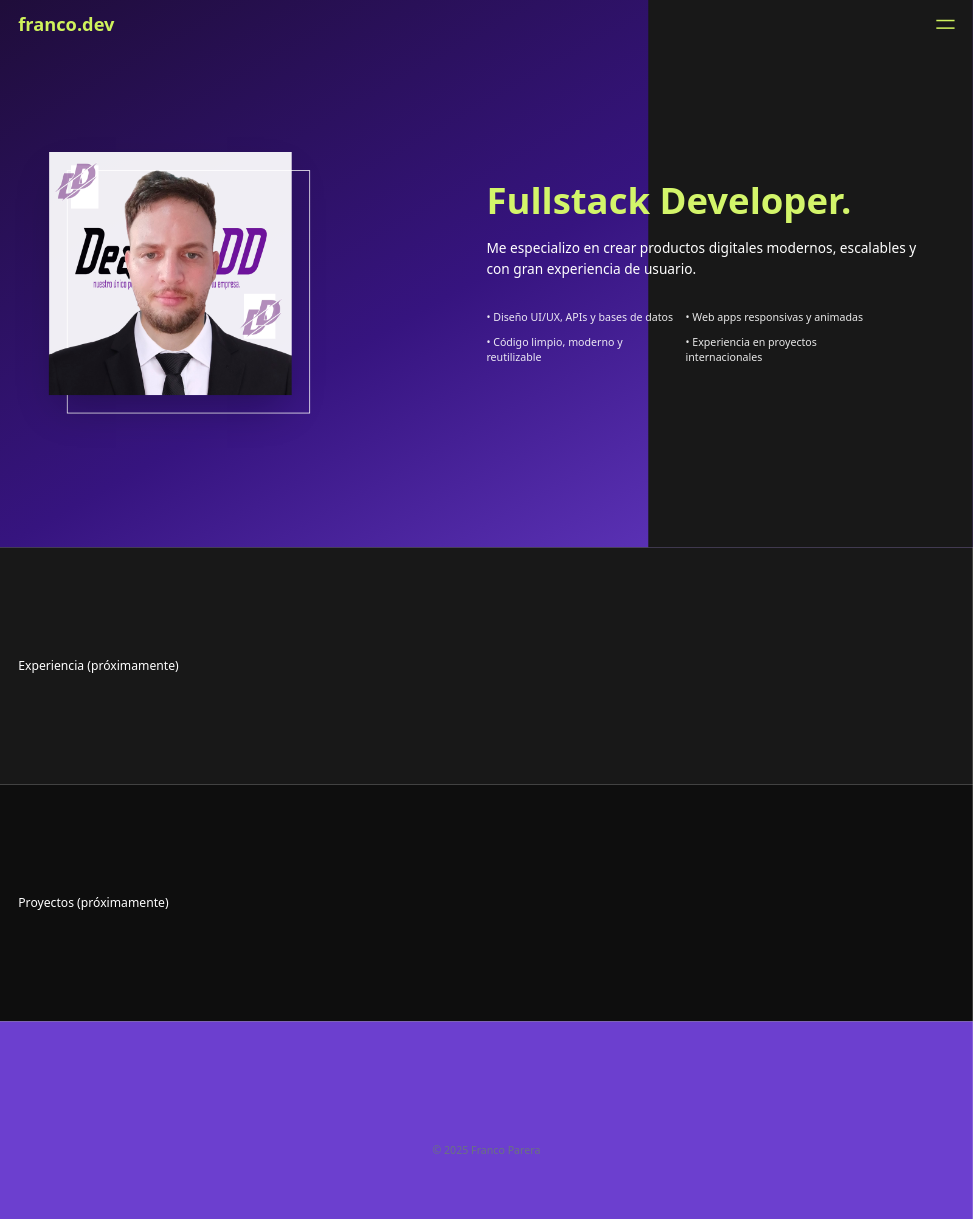
Repository: francoluca35/portfolio-franco-dev
Page: /
An editor plug-in stored every save of this project. The page is shown before and after the next save, followed by the edit.
The browser window is 1280 px wide. The pictures show the whole page, at 76% of full size.
The project was rebuilt for these pictures with package versions that can differ from the ones it lists, and the page was loaded fresh each time. The framework's server and built-in components were replaced by stand-ins that run in the browser. Also part of the build but not shown: next.config.js.

Above is the page before, as saved 2025-05-06 01:35:39.

### app/layout.jsx
import Nav from "../components/Nav";
import "../styles/globals.css";

export const metadata = {
  title: "Franco Parera | Desarrollador Web Fullstack",
  description:
    "Portfolio de Franco Parera, desarrollador web especializado en React, Next.js y soluciones escalables.",
  keywords:
    "desarrollador web, portfolio, frontend, backend, next.js, react, diseño web, SEO, Buenos Aires",
  authors: [{ name: "Franco Parera" }],
  creator: "Franco Parera",
  openGraph: {
    title: "Franco Parera | Desarrollador Web",
    description:
      "Conocé mis proyectos como desarrollador web fullstack. Diseño moderno, rendimiento y SEO.",
    url: "https://tusitio.com",
    siteName: "Franco Parera | Portfolio",
    images: [
      {
        url: "https://tusitio.com/og-image.jpg",
        width: 1200,
        height: 630,
        alt: "Imagen portfolio Franco",
      },
    ],
    locale: "es_AR",
    type: "website",
  },
  twitter: {
    card: "summary_large_image",
    title: "Franco Parera | Desarrollador Web",
    description:
      "Portfolio profesional de Franco Parera con proyectos reales, experiencia y habilidades técnicas.",
    images: ["https://tusitio.com/og-image.jpg"],
  },
};

export default function RootLayout({ children }) {
  return (
    <html lang="es">
      <head>
        <meta name="viewport" content="width=device-width, initial-scale=1" />
        <link rel="icon" href="/favicon.ico" />
      </head>
      <body className="antialiased scroll-smooth">
        <Nav />
        <div className="pt-20">{children}</div>{" "}
      </body>
    </html>
  );
}

### app/page.jsx
import Hero from "../components/Hero";
import Experience from "../components/Experience";
import Projects from "../components/Projects";
import Footer from "../components/Footer";

export default function HomePage() {
  return (
    <main>
      <section id="inicio">
        <Hero />
      </section>

      <section id="experiencia" className="bg-[#181818] text-white py-20 px-6">
        <Experience />
      </section>

      <section id="proyectos" className="bg-[#0E0E0E] text-white py-20 px-6">
        <Projects />
      </section>

      <section id="contacto" className="bg-[#6C3FCF] text-white py-20 px-6">
        <Footer />
      </section>
    </main>
  );
}

### components/Nav.jsx
"use client";

import { useState, useEffect } from "react";
import Link from "next/link";
import { motion, AnimatePresence } from "framer-motion";

export default function Nav() {
  const [isOpen, setIsOpen] = useState(false);
  const [scrolled, setScrolled] = useState(false);

  useEffect(() => {
    const handleScroll = () => {
      setScrolled(window.scrollY > 10);
    };
    window.addEventListener("scroll", handleScroll);
    return () => window.removeEventListener("scroll", handleScroll);
  }, []);

  return (
    <>
      {/* Navbar superior */}
      <nav
        className={`fixed w-full px-6 py-4 flex justify-between items-center z-50 transition-colors duration-300 ${
          scrolled ? "bg-[#570c6c4b] shadow-lg" : "bg-transparent"
        }`}
      >
        <h1 className="text-2xl font-bold text-[#CFF25C]">franco.dev</h1>

        <button onClick={() => setIsOpen(true)} className="space-y-2">
          <span className="block w-6 h-0.5 bg-[#CFF25C]"></span>
          <span className="block w-6 h-0.5 bg-[#CFF25C]"></span>
        </button>
      </nav>

      {/* Menú fullscreen */}
      <AnimatePresence>
        {isOpen && (
          <motion.div
            initial={{ opacity: 0 }}
            animate={{ opacity: 1 }}
            exit={{ opacity: 0 }}
            className="fixed inset-0 bg-[#6C3FCF] text-white flex flex-col items-center justify-center text-5xl font-extrabold z-50"
          >
            <button
              onClick={() => setIsOpen(false)}
              className="absolute top-6 right-8 text-lg font-bold"
            >
              close
            </button>

            <ul className="space-y-8 text-center">
              <li>
                <Link href="#inicio" onClick={() => setIsOpen(false)}>
                  INICIO
                </Link>
              </li>
              <li>
                <Link href="#experiencia" onClick={() => setIsOpen(false)}>
                  EXPERIENCIA
                </Link>
              </li>
              <li>
                <Link href="#proyectos" onClick={() => setIsOpen(false)}>
                  PROYECTOS
                </Link>
              </li>
              <li>
                <Link href="#contacto" onClick={() => setIsOpen(false)}>
                  CONTACTO
                </Link>
              </li>
            </ul>

            <div className="text-sm font-light mt-16 flex gap-8">
              <a
                href="https://linkedin.com/in/francoparera"
                target="_blank"
                rel="noopener noreferrer"
              >
                LinkedIn
              </a>
              <a
                href="https://twitter.com"
                target="_blank"
                rel="noopener noreferrer"
              >
                Twitter
              </a>
            </div>
          </motion.div>
        )}
      </AnimatePresence>
    </>
  );
}

### components/Hero.jsx
"use client";
import { motion } from "framer-motion";
import Image from "next/image";

export default function Hero() {
  return (
    <section className="-mt-20 relative w-full min-h-screen text-white flex items-center justify-center sm:px-12 py-20 bg-gradient-to-br from-[#1f0d3a] via-[#36147f] to-[#6C3FCF]">
      <div className="hidden md:block absolute top-0 right-0 w-1/3 h-full bg-[#181818] z-0" />

      {/* Contenido */}
      <div className="relative z-10 max-w-6xl w-full flex flex-col items-center md:flex-row md:items-center md:justify-between gap-10 md:gap-0">
        {/* Imagen arriba en mobile, a la derecha en desktop */}
        <motion.div
          initial={{ opacity: 0, scale: 0.95 }}
          animate={{ opacity: 1, scale: 1 }}
          transition={{ duration: 0.6 }}
          className="relative flex justify-center"
        >
          {/* Cuadro blanco detrás */}
          <div className="absolute top-6 left-6 w-60 h-60 md:w-80 md:h-80 border border-white z-0" />

          {/* Imagen principal */}
          <div className="relative w-60 h-60 md:w-80 md:h-80 shadow-2xl overflow-hidden z-10">
            <Image
              src="/assets/yo-franco.png"
              alt="Foto de Franco"
              fill
              className="object-cover"
              priority
            />
          </div>
        </motion.div>

        {/* Texto debajo en mobile, izquierda en desktop */}
        <div className="text-center md:text-left md:w-1/2 space-y-6">
          <motion.h1
            initial={{ opacity: 0, y: 20 }}
            animate={{ opacity: 1, y: 0 }}
            transition={{ duration: 0.6 }}
            className="text-4xl sm:text-5xl font-extrabold text-[#D3F56A]"
          >
            Fullstack Developer.
          </motion.h1>

          <motion.p
            initial={{ opacity: 0, y: 20 }}
            animate={{ opacity: 1, y: 0 }}
            transition={{ delay: 0.2, duration: 0.6 }}
            className="text-base sm:text-lg text-white max-w-xl mx-auto md:mx-0"
          >
            Me especializo en crear productos digitales modernos, escalables y
            con gran experiencia de usuario.
          </motion.p>

          <div className="grid grid-cols-1 sm:grid-cols-2 gap-3 text-sm text-white/90 max-w-lg mx-auto md:mx-0 pt-4">
            <p>• Diseño UI/UX, APIs y bases de datos</p>
            <p>• Web apps responsivas y animadas</p>
            <p>• Código limpio, moderno y reutilizable</p>
            <p>• Experiencia en proyectos internacionales</p>
          </div>
        </div>
      </div>
    </section>
  );
}

### components/Experience.jsx
export default function Experience() { return <section className="my-16">Experiencia (próximamente)</section>; }

### components/Projects.jsx
export default function Projects() { return <section className="my-16">Proyectos (próximamente)</section>; }

### components/Footer.jsx
export default function Footer() { return <footer className="mt-20 text-center text-sm text-gray-500">© 2025 Franco Parera</footer>; }

### tailwind.config.js
/** @type {import('tailwindcss').Config} */
module.exports = {
  content: [
    "./app/**/*.{js,ts,jsx,tsx}",
    "./components/**/*.{js,ts,jsx,tsx}",
  ],
  darkMode: 'class',
  theme: {
    extend: {},
  },
  plugins: [],
}

Loaded but not shown: styles/globals.css (common file)

After the next save:
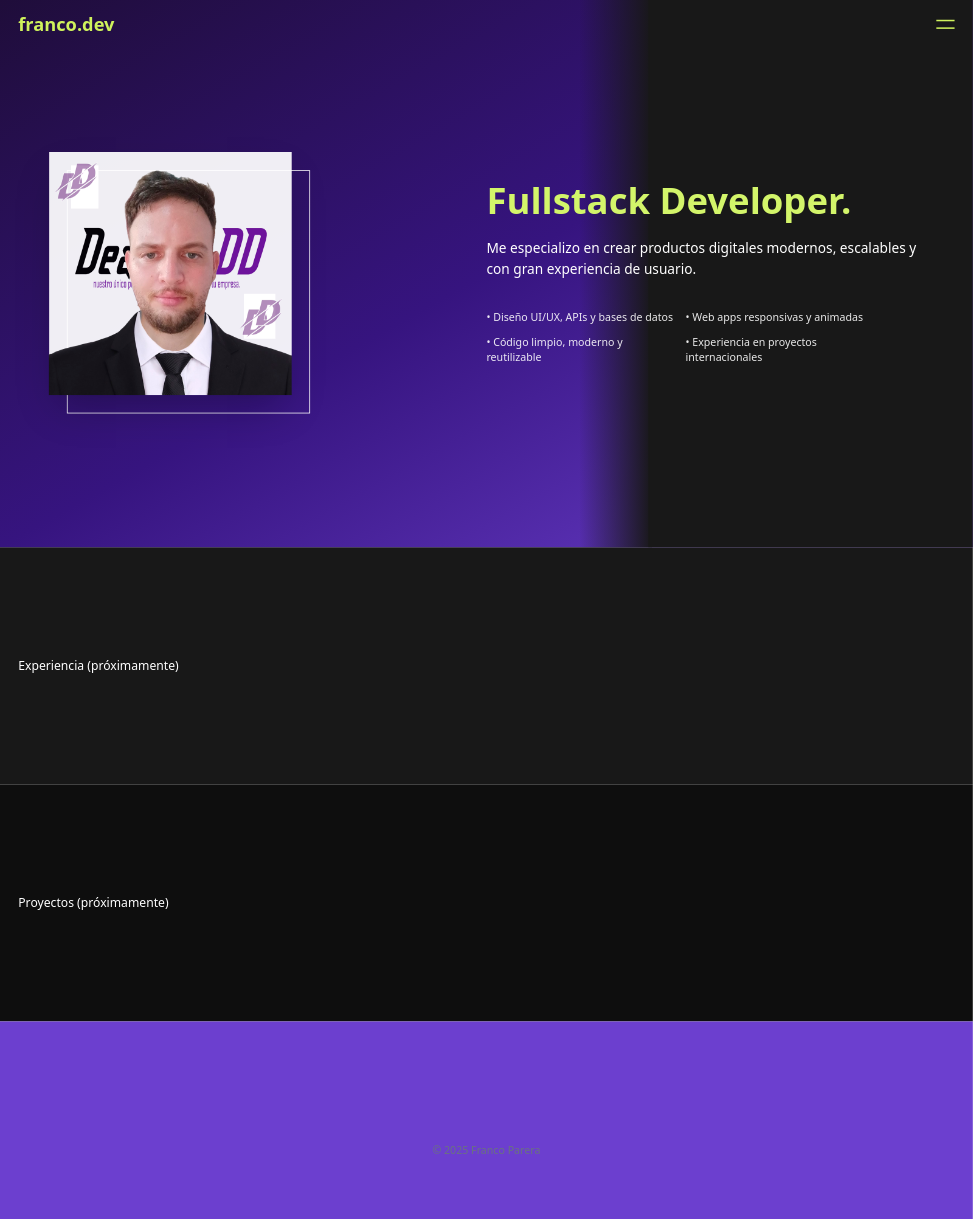
Saved 111 s later.
--- a/components/Hero.jsx
+++ b/components/Hero.jsx
@@ -5,10 +5,14 @@ import Image from "next/image";
 export default function Hero() {
   return (
     <section className="-mt-20 relative w-full min-h-screen text-white flex items-center justify-center sm:px-12 py-20 bg-gradient-to-br from-[#1f0d3a] via-[#36147f] to-[#6C3FCF]">
+      {/* Fondo negro a la derecha */}
       <div className="hidden md:block absolute top-0 right-0 w-1/3 h-full bg-[#181818] z-0" />
 
+      {/* Difuminado entre violeta y negro */}
+      <div className="hidden md:block absolute top-0 right-[33%] w-24 h-full bg-gradient-to-r from-transparent to-[#181818] z-10" />
+
       {/* Contenido */}
-      <div className="relative z-10 max-w-6xl w-full flex flex-col items-center md:flex-row md:items-center md:justify-between gap-10 md:gap-0">
+      <div className="relative z-20 max-w-6xl w-full flex flex-col items-center md:flex-row md:items-center md:justify-between gap-10 md:gap-0">
         {/* Imagen arriba en mobile, a la derecha en desktop */}
         <motion.div
           initial={{ opacity: 0, scale: 0.95 }}
